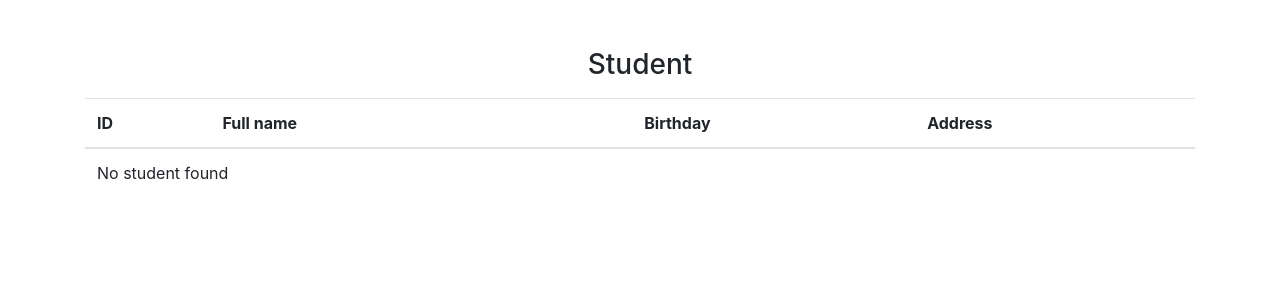
Repository: HungRau/TLU3675-php-laravel
Page: http://localhost/student-manage
An editor plug-in stored every save of this project. The page is shown before and after the next save, followed by the edit.
The browser window is 1280 px wide. The pictures show the whole page.
The page is served by the project's Laravel application, run on PHP 8.4 with Laravel 9. Other server files are loaded and not shown. Queries for data that is not in the repository find no rows.

Above is the page before, as saved 2022-10-15 18:58:07.

### routes/web.php
<?php

use Illuminate\Support\Facades\Route;
use App\Http\Controllers\StudentController; //add

/*
|--------------------------------------------------------------------------
| Web Routes
|--------------------------------------------------------------------------
|
| Here is where you can register web routes for your application. These
| routes are loaded by the RouteServiceProvider within a group which
| contains the "web" middleware group. Now create something great!
|
*/

Route::get('/', function () {
    return view('welcome');
});
Route::get('/student-manage', [StudentController::class, 'get_all_student']);

Route::get('student-edit/{id}', [StudentController::class, 'edit']);

Route::put('student-update/{id}', [StudentController::class, 'update']);

### app/Http/Controllers/StudentController.php
<?php

namespace App\Http\Controllers;

use App\Models\Student; //add
use Illuminate\Http\Request;
use Illuminate\Http\RedirectResponse;

class StudentController extends Controller
{
    public function get_all_student()
    {
        $students = Student::all(); //Nhan all du lieu tu DB
        return view('student_manage', ['students' => $students]);
    }

    public function edit($id)
    {
        function get_student_by_id($id)
        {
            $students = Student::find($id);
            return $students;
        }
        $students = get_student_by_id($id);
        // $students = Student::find($id);
        return view('student_edit', ['students' => $students]);
    }
    public function update(Request $request, $id)
    {
        $students = Student::find($id);
        $students->fullname = $request->input('fullname');
        $students->birthday = $request->input('birthday');
        $students->address = $request->input('address');
        $students->update();
        return redirect('student-manage')->with('status', "Student Updated Successfully");
    }
}

### app/Models/Student.php
<?php

namespace App\Models;

use Illuminate\Database\Eloquent\Factories\HasFactory;
use Illuminate\Database\Eloquent\Model;

class Student extends Model
{
    use HasFactory;
    protected $table = "student";
    protected $fillable = ['id', 'fullname', 'birthday', 'address'];
}

### resources/views/student_manage.blade.php
<!doctype html>
<html lang="en">
  <head>
    <title>Title</title>
    <!-- Required meta tags -->
    <meta charset="utf-8">
    <meta name="viewport" content="width=device-width, initial-scale=1, shrink-to-fit=no">

    <!-- Bootstrap CSS -->
    <link rel="stylesheet" href="https://stackpath.bootstrapcdn.com/bootstrap/4.3.1/css/bootstrap.min.css" integrity="sha384-ggOyR0iXCbMQv3Xipma34MD+dH/1fQ784/j6cY/iJTQUOhcWr7x9JvoRxT2MZw1T" crossorigin="anonymous">
  </head>
  <body>
    <div class="container">
        <div class="row">
            <div class="col-12 text-center pt-5">
                {{-- <div class="text-left"><a href="product/create" class="btn btn-outline-primary">Add new
                    product</a></div> --}}
                <div >
                    <h3 class="text-center">Student</h3>
                </div>
                <table class="table mt-3  text-left">
                    <thead>
                        <tr>
                            <th scope="col">ID</th>
                            <th scope="col" class="pr-5">Full name</th>
                            <th scope="col">Birthday</th>
                            <th scope="col">Address</th>
                        </tr>
                    </thead>
                    <tbody>
                        {{-- truyen all dl tu student qua students --}}
                        @forelse($students as $student)
					<tr>
						<td>{!! $student->id !!}</td>
						<td class="pr-5">{!! $student->fullname !!}</td>
						<td>{!! $student->birthday !!}</td>
                        <td>{!! $student->address !!}</td>
						<td><a href="student-edit/{!! $student->id !!}"
							class="btn btn-outline-primary">Edit</a>
							{{-- <button type="button" class="btn btn-outline-danger ml-1"
								onClick='showModel({!! $student->id !!})'>Delete</button></td> --}}
					</tr>
					@empty
					<tr>
						<td colspan="3">No student found</td>
					</tr>
					@endforelse
                    </tbody>
                </table>
            </div>
        </div>
    </div>
  </body>
</html>

Loaded but not shown: app/Http/Controllers/Controller.php (common file)

After the next save:
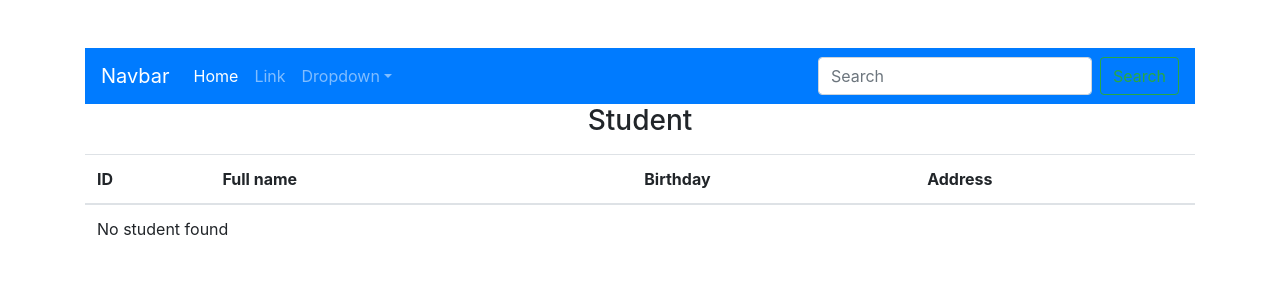
Saved 41 s later.
--- a/resources/views/student_manage.blade.php
+++ b/resources/views/student_manage.blade.php
@@ -13,8 +13,32 @@
     <div class="container">
         <div class="row">
             <div class="col-12 text-center pt-5">
-                {{-- <div class="text-left"><a href="product/create" class="btn btn-outline-primary">Add new
-                    product</a></div> --}}
+                <nav class="navbar navbar-expand-sm navbar-dark bg-primary">
+                    <a class="navbar-brand" href="#">Navbar</a>
+                    <button class="navbar-toggler d-lg-none" type="button" data-toggle="collapse" data-target="#collapsibleNavId" aria-controls="collapsibleNavId"
+                        aria-expanded="false" aria-label="Toggle navigation"></button>
+                    <div class="collapse navbar-collapse" id="collapsibleNavId">
+                        <ul class="navbar-nav mr-auto mt-2 mt-lg-0">
+                            <li class="nav-item active">
+                                <a class="nav-link" href="#">Home <span class="sr-only">(current)</span></a>
+                            </li>
+                            <li class="nav-item">
+                                <a class="nav-link" href="#">Link</a>
+                            </li>
+                            <li class="nav-item dropdown">
+                                <a class="nav-link dropdown-toggle" href="#" id="dropdownId" data-toggle="dropdown" aria-haspopup="true" aria-expanded="false">Dropdown</a>
+                                <div class="dropdown-menu" aria-labelledby="dropdownId">
+                                    <a class="dropdown-item" href="#">Action 1</a>
+                                    <a class="dropdown-item" href="#">Action 2</a>
+                                </div>
+                            </li>
+                        </ul>
+                        <form class="form-inline my-2 my-lg-0">
+                            <input class="form-control mr-sm-2" type="text" placeholder="Search">
+                            <button class="btn btn-outline-success my-2 my-sm-0" type="submit">Search</button>
+                        </form>
+                    </div>
+                </nav>
                 <div >
                     <h3 class="text-center">Student</h3>
                 </div>
